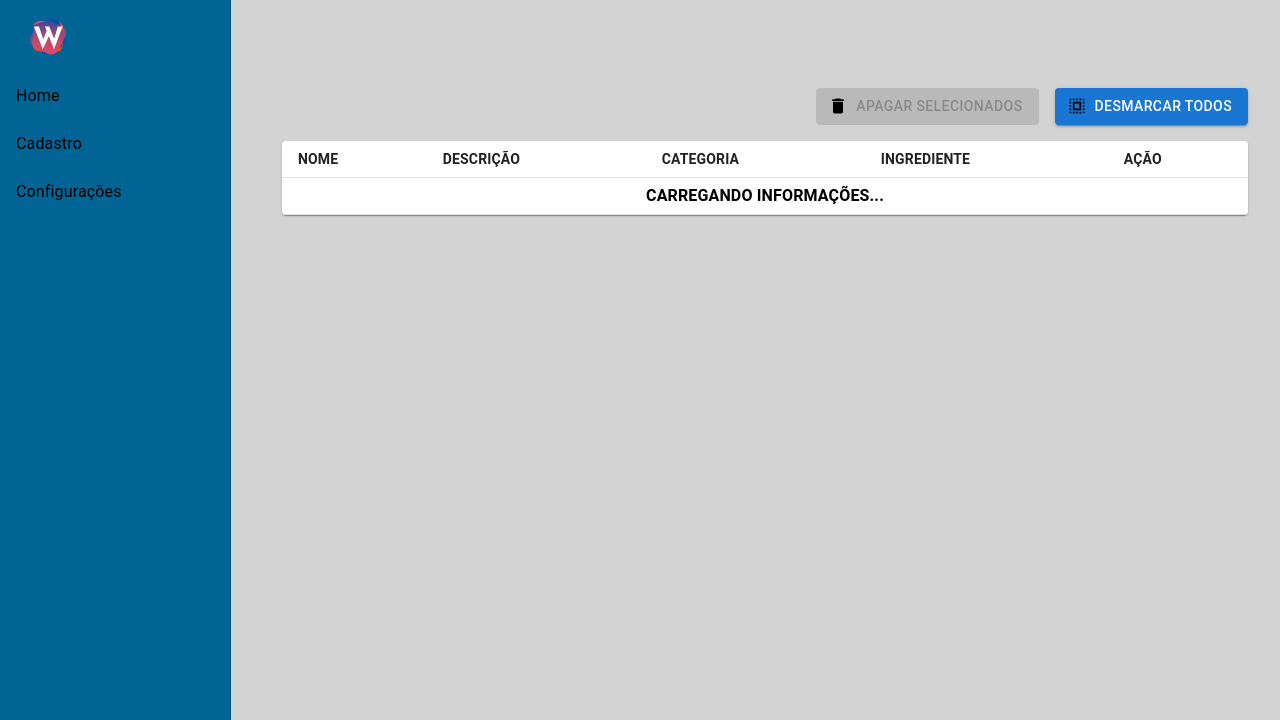
Repository: oZanella/projeto_windel_web_CRM
Page: /
The author's editor kept a copy of each file at every save. The page is drawn from the files as they stood at one save, then again after a run of saves.
The browser window is 1280 px wide. The pictures show the whole page.
The page's requests for data from a server got no answer. The project was rebuilt for these pictures with package versions that can differ from the ones it lists, and the page was loaded fresh each time. No one was signed in, and anything a server would have sent is missing. Also part of the build but not shown: vite.config.js, src/routes/Configuracoes.jsx. Imported but missing from the stored project, and not drawn on this page: src/routes/Cadastro.jsx.

Above is the page before, as saved 2024-08-19 08:58:49.

### index.html
<!doctype html>
<html lang="en">

<head>
  <meta charset="UTF-8" />
  <link rel="icon" type="image/svg+xml" href="./src/image/LogoWindel.svg" />
  <link rel="stylesheet" href="src/style/GlobalStyles.css" />
  <link href="https://fonts.googleapis.com/css2?family=Playfair+Display&display=swap" rel="stylesheet">

  <meta name="viewport" content="width=device-width, initial-scale=1.0" />
  <title>Projeto Teste - CRM </title>
</head>

<body>
  <div id="root"></div>
  <script type="module" src="/src/main.jsx"></script>
</body>

</html>

### src/style/GlobalStyles.css
:root {
  --click: #7fa8c4;
  --primary: #E8F1F2;
  --darkblue: #13293D;
  --secondary: #000000;
  --ligthblue: #1b98e0;
  --animation: #006494;
  --ligthkgrey: #D3D3D3;
  --blueceledron: #247ba0;
  --delete: #FF0000;
}

* {
    color: var(--secondary);
}

body {
  background-color: var(--ligthkgrey);
}

### src/main.jsx
import { createBrowserRouter, RouterProvider, Navigate } from "react-router-dom"
import { createRoot } from 'react-dom/client'
import { StrictMode } from 'react'
import { App } from './App.jsx'

import './style/GlobalStyles.css'

//páginas do projeto
import { Cadastro } from './routes/Cadastro.jsx'
import { Home } from './routes/Home.jsx'
import { Configuracoes } from './routes/configuracoes.jsx'

const router = createBrowserRouter([
  {
    element: <App />,
    children: [
      {
        path: '/',
        element: <Navigate to="/home" replace />,
      },
      {
        path: '/home',
        element: <Home />,
      },
      {
        path: '/cadastro',
        element: <Cadastro />,
      },
      {
        path: '/configuracoes',
        element: <Configuracoes />,
      },
    ],
  },
])

createRoot(document.getElementById('root')).render(
  <StrictMode>
    <RouterProvider router={router} />
  </StrictMode>,
)

### src/App.jsx
import { Header } from './components/Header'
import { Outlet } from 'react-router-dom'
import { Box } from '@mui/material'
import './style/GlobalStyles.css'

export function App() {
  return (
    <Box sx={{ p: { xs: 2, sm: 3 }, marginTop: { xs: 8, sm: 8 } }}>
      <Header />
      <Box>
        <Outlet />
      </Box>
    </Box>
  );
}

### src/routes/Home.jsx
import React, { useEffect, useState } from 'react';
import { Box, TextField, Button, Dialog, DialogActions, DialogContent, DialogTitle, Select, MenuItem, FormControl, InputLabel } from '@mui/material';

import { handleShowDetails, handleEdit, handleSave, handleInputChange } from '../components/Handle';
import { CardDados } from '../components/TableHome';

import { blogFetch } from '../axios/config';


export const Home = () => {
  const [posts, setPosts] = useState([]);
  const [selectInfo, setSelectInfo] = useState(null);
  const [modeEdit, setModeEdit] = useState(null);
  const [dataEdit, setDataEdit] = useState({});
  const [openAddDialog, setOpenAddDialog] = useState(false);
  const [newPost, setNewPost] = useState({ name: '', description: '', category: '' });

  const getPosts = async () => {
    try {
      const response = await blogFetch.get("/recipe");
      const uniqueData = response.data.filter((value, index, self) =>
        index === self.findIndex((t) => t.id === value.id)
      );
      setPosts(uniqueData); // Garante que não tenha dados duplicados
    } catch (error) {
      console.log(error);
    }
  };

  useEffect(() => {
    getPosts();
  }, []);

  const handleDelete = async (postId) => {
    try {
      await blogFetch.delete(`/recipe/${postId}`);
      setPosts(posts.filter(post => post.id !== postId));
      console.log('Post deletado com sucesso');
    } catch (error) {
      console.error('Erro ao deletar o post', error);
    }
  };

  const handleAddOpen = () => setOpenAddDialog(true);
  const handleAddClose = () => setOpenAddDialog(false);

  {/* API para envio do novo registro*/ }
  const handleAdd = async () => {
    try {
      const newPostFormatted = {
        name: newPost.name,
        description: newPost.description,
        ingredients: [],
        category: newPost.category,
        isFavorite: newPost.isFavorite
      };

      const response = await blogFetch.post("/recipe", newPostFormatted);
      setPosts([...posts, response.data]);
      setNewPost({ name: '', description: '', category: '', isFavorite: false });
      handleAddClose();
      console.log('Post adicionado com sucesso');
    } catch (error) {
      console.error('Erro ao adicionar o post', error);
    }
  };

  return (
    <Box>
      {/* Dados para Adicionar Novo Registro */}
      <Dialog open={openAddDialog} onClose={handleAddClose}>
        <DialogTitle>Adicionar Novo Registro</DialogTitle>
        <DialogContent>
          <TextField
            name="name"
            label="Nome"
            value={newPost.name}
            onChange={(e) => setNewPost({ ...newPost, name: e.target.value })}
            fullWidth
            sx={{ marginBottom: 2 }}
          />
          <TextField
            name="description"
            label="Descrição"
            value={newPost.description}
            onChange={(e) => setNewPost({ ...newPost, description: e.target.value })}
            fullWidth
            sx={{ marginBottom: 2 }}
          />
          <TextField
            name="category"
            label="Categoria"
            value={newPost.category}
            onChange={(e) => setNewPost({ ...newPost, category: e.target.value })}
            fullWidth
            sx={{ marginBottom: 2 }}
          />
          <FormControl fullWidth sx={{ marginBottom: 2 }}>
            <InputLabel>Favorito</InputLabel>
            <Select
              name="isFavorite"
              value={newPost.isFavorite}
              onChange={(e) => setNewPost({ ...newPost, isFavorite: e.target.value })}
              label="Favorito"
            >
              <MenuItem value={true}>Sim</MenuItem>
              <MenuItem value={false}>Não</MenuItem>

            </Select>
          </FormControl>
        </DialogContent>
        <DialogActions>
          <Button onClick={handleAddClose}>Cancelar</Button>
          <Button onClick={handleAdd}>Adicionar</Button>
        </DialogActions>
      </Dialog>

      <CardDados
        posts={posts}
        handleDelete={handleDelete}
        handleEdit={handleEdit}
        handleSave={handleSave}
        modeEdit={modeEdit}
        setModeEdit={setModeEdit}
        dataEdit={dataEdit}
        setDataEdit={setDataEdit}
        handleInputChange={handleInputChange}
        selectInfo={selectInfo}
        setSelectInfo={setSelectInfo}
        handleShowDetails={handleShowDetails}
      />
    </Box>
  );
};

### src/components/Header.jsx
import { AppBar, Toolbar, Typography, Box, IconButton, Drawer, List, ListItem, ListItemText } from '@mui/material';
import MenuIcon from '@mui/icons-material/Menu';
import Logo from '../image/LogoWindel.svg';
import { Link } from 'react-router-dom';
import React, { useState } from 'react';

export const Header = () => {
  const [isDrawerOpen, setIsDrawerOpen] = useState(false);

  const toggleDrawer = (open) => () => {
    setIsDrawerOpen(open);
  };

  const menuItems = [
    { text: 'Home', link: '/home' },
    { text: 'Cadastro', link: '/cadastro' },
    { text: 'Configurações', link: '/configuracoes' },
  ];

  return (
    <>
      {/* Mobile AppBar */}
      <AppBar
        position="fixed"
        sx={{
          display: { xs: 'flex', sm: 'none' },
          width: '100%',
          boxShadow: '0px 0.01px 11px var(--secondary)',
          top: 0,
          left: 0,
          backgroundColor: 'var(--darkblue)',
        }}
      >
        <Toolbar
          sx={{
            display: 'flex',
            justifyContent: 'space-between',
          }}
        >
          <IconButton
            edge="start"
            color="inherit"
            aria-label="menu"
            onClick={toggleDrawer(true)}
          >
            <MenuIcon />
          </IconButton>
          <Typography variant="h6" sx={{ flexGrow: 1 }}>
            Cooking Cake
          </Typography>
          <IconButton
            to={`/home`}
            sx={{
              cursor: 'default',
            }}
            component={Link}
            aria-label="logo"
          >
            <img src={Logo} alt="Logo" style={{ width: '50px', height: '40px' }} />
          </IconButton>
        </Toolbar>
      </AppBar>

      {/* Mobile Drawer */}
      <Drawer
        anchor="left"
        open={isDrawerOpen}
        onClose={toggleDrawer(false)}
        sx={{
          display: { xs: 'block', sm: 'none' },
          '& .MuiDrawer-paper': {
            width: 240,
            backgroundColor: 'var(--darkblue)',
          },
        }}
      >
        <Box sx={{ padding: 2, display: 'flex', flexDirection: 'column', alignItems: 'center' }}>
          <IconButton
            to={`/home`}
            sx={{ cursor: 'default' }}
            component={Link}
            aria-label="logo"
          >
            <img src={Logo} alt="Logo" style={{ width: '80px', height: '60px' }} />
          </IconButton>
        </Box>
        <List>
          {menuItems.map((item) => (
            <ListItem key={item.text} component={Link} to={item.link} onClick={toggleDrawer(false)}>
              <ListItemText primary={item.text} />
            </ListItem>
          ))}
        </List>
      </Drawer>

      {/* Desktop Drawer */}
      <Drawer
        variant="permanent"
        sx={{
          display: { xs: 'none', sm: 'block' },
          '& .MuiDrawer-paper': {
            width: 230,
            backgroundColor: 'var(--animation)',
          },
        }}
        open
      >
        <Toolbar />

        <Box sx={{
          display: 'flex',
          flexDirection: 'column',
          alignItems: 'center',
          position: 'fixed',

          }}>
          <IconButton
            to={`/home`}
            sx={{ cursor: 'default' }}
            component={Link}
            aria-label="logo"
          >
            <img src={Logo} alt="Logo" style={{ width: '80px', height: '60px' }} />
          </IconButton>
        </Box>

        <Box sx={{ overflow: 'auto' }}>
          <List>
            {menuItems.map((item) => (
              <ListItem key={item.text} component={Link} to={item.link}>
                <ListItemText primary={item.text} />
              </ListItem>
            ))}
          </List>
        </Box>
      </Drawer>
    </>
  );
};

### src/components/Handle.jsx

import { blogFetch } from '../axios/config';


export const handleShowDetails = (post, setSelectInfo, selectInfo) => {
  if (selectInfo?.id === post.id) {
    setSelectInfo(null); // Fecha se já estiver aberto
  } else {
    setSelectInfo(post); // Abre o post atual
  }
};

export const handleEdit = (post, setModeEdit, setDataEdit) => {
  setModeEdit(post.id);
  setDataEdit(post);
};

//continua com erro, verificar!!
export const handleSave = async (postId, updateData) => {
  try {
    // Envie uma requisição PUT ou POST para salvar os dados atualizados
    const response = await blogFetch.put(`/blogFetch/posts/${postId}`, updateData);
    console.log('Dados salvos com sucesso', response.data);

  } catch (error) {
    console.error('Erro de API', error);
  }
};

export const handleInputChange = (e, setDataEdit) => {
  setDataEdit(prevDataEdit => ({ ...prevDataEdit, [e.target.name]: e.target.value }));
};

### src/components/TableHome.jsx
import React, { useState, useEffect } from 'react';
import {
  Table, TableBody, TableCell, TableContainer, TableHead, TableRow, Typography, Box, Button, IconButton, TextField, Dialog, DialogContent, DialogActions, FormControlLabel, Switch, Chip, Paper, Checkbox
} from '@mui/material';
import EditIcon from '@mui/icons-material/Edit';
import SaveIcon from '@mui/icons-material/Save';
import AddIcon from '@mui/icons-material/Add';
import CloseIcon from '@mui/icons-material/Close';
import DeleteIcon from '@mui/icons-material/Delete';
import SelectAllIcon from '@mui/icons-material/SelectAll';
import axios from 'axios';

const API_BASE_URL = 'https://teste-tecnico-front-api.up.railway.app';

export const CardDados = ({
  posts, setPosts, handleDelete
}) => {
  const [openModal, setOpenModal] = useState(false);
  const [currentPost, setCurrentPost] = useState(null);
  const [dataEdit, setDataEdit] = useState({});
  const [newIngredient, setNewIngredient] = useState('');
  const [selectedPosts, setSelectedPosts] = useState([]);

  useEffect(() => {
    if (currentPost) {
      setDataEdit({ ...currentPost });
    }
  }, [currentPost]);

  const handleEditOpen = (post) => {
    setCurrentPost(post);
    setOpenModal(true);
  };

  const handleEditClose = () => {
    setOpenModal(false);
    setCurrentPost(null);
    setNewIngredient('');
  };

  const handleSaveModal = async () => {
    if (currentPost) {
      try {
        await axios.put(`${API_BASE_URL}/posts/${currentPost.id}`, dataEdit);
        const response = await axios.get(`${API_BASE_URL}/posts`);
        setPosts(response.data);
        handleEditClose();
      } catch (error) {
        console.error('Error ao salvar:', error);
      }
    }
  };

  const handleAddIngredient = () => {
    if (newIngredient.trim() !== '') {
      setDataEdit((prevData) => ({
        ...prevData,
        ingredients: [...(prevData.ingredients || []), newIngredient.trim()],
      }));
      setNewIngredient('');
    }
  };

  const handleRemoveIngredient = (ingredientToRemove) => {
    setDataEdit((prevData) => ({
      ...prevData,
      ingredients: (prevData.ingredients || []).filter((ingredient) => ingredient !== ingredientToRemove),
    }));
  };

  const handleSelectAll = () => {
    if (selectedPosts.length === posts.length) {
      setSelectedPosts([]);
    } else {
      setSelectedPosts(posts.map(post => post.id));
    }
  };

  const handleDeleteSelected = async () => {
    try {
      await Promise.all(selectedPosts.map(id => axios.delete(`${API_BASE_URL}/posts/${id}`)));
      const response = await axios.get(`${API_BASE_URL}/posts`);
      setPosts(response.data);
      setSelectedPosts([]);
    } catch (error) {
      console.error('Error ao apagar os registros:', error);
    }
  };

  const handleSelectPost = (id) => {
    setSelectedPosts(prevSelected =>
      prevSelected.includes(id)
        ? prevSelected.filter(postId => postId !== id)
        : [...prevSelected, id]
    );
  };

  return (
    <>
      <Box sx={{ display: 'flex', justifyContent: 'flex-end', mb: 2 }}>
        <Button
          variant="contained"
          color="error"
          startIcon={<DeleteIcon />}
          onClick={handleDeleteSelected}
          disabled={selectedPosts.length === 0}
          sx={{ marginRight: 2 }}
        >
          Apagar Selecionados
        </Button>
        <Button
          variant="contained"
          color="primary"
          startIcon={<SelectAllIcon />}
          onClick={handleSelectAll}
        >
          {selectedPosts.length === posts.length ? 'Desmarcar Todos' : 'Selecionar Todos'}
        </Button>
      </Box>

      {/* Tabela aonde aparece os dados
      Dentro do TableContainer tem um calculo que é feito por conta do menu lateral*/}
      <TableContainer component={Paper} sx={{ overflowX: 'auto', width: { xs: '100%', sm: 'calc(100% - 250px)' }, ml: { sm: '250px' } }}>
        <Table size='small'>
          <TableHead>
            <TableRow>
              <TableCell sx={{ fontWeight: 'bold', textTransform: 'uppercase' }}>Nome</TableCell>
              <TableCell sx={{ fontWeight: 'bold', textTransform: 'uppercase' }}>Descrição</TableCell>
              <TableCell sx={{ fontWeight: 'bold', textTransform: 'uppercase' }}>Categoria</TableCell>
              <TableCell sx={{ fontWeight: 'bold', textTransform: 'uppercase' }}>Ingrediente</TableCell>
              <TableCell sx={{ fontWeight: 'bold', textTransform: 'uppercase' }}>Ação</TableCell>
            </TableRow>
          </TableHead>
          <TableBody>
            {posts.length === 0 ? (
              <TableRow>
                <TableCell colSpan={5} align="center">
                  <Typography variant="body1" sx={{ fontWeight: 'bold', textTransform: 'uppercase' }}>Carregando informações...</Typography>
                </TableCell>
              </TableRow>
            ) : (
              posts.map((post) => (
                <TableRow sx={{ height: 'auto' }} key={post.id}>
                  <TableCell sx={{ padding: '8px' }}>
                    {post.name}
                  </TableCell>
                  <TableCell sx={{ padding: '8px' }}>{post.description}</TableCell>
                  <TableCell sx={{ padding: '8px' }}>{post.category}</TableCell>

                  <TableCell sx={{ padding: '8px' }}>
                    <Box sx={{
                      display: 'flex',
                      flexWrap: 'wrap',
                      overflowX: 'auto',
                      gap: 1,
                      width: '100%',
                    }}>
                      {post.ingredients && post.ingredients.length > 0 ? (
                        post.ingredients.map((ingredient) => (
                          <Box
                            key={ingredient.id}
                            sx={{
                              display: 'flex',
                              flexDirection: 'column',
                              alignItems: 'flex-start',
                              marginRight: 1,
                              marginBottom: 1,
                            }}
                          >
                            <Typography variant="body1">{ingredient.name}</Typography>
                            <Typography variant="body2" color="textSecondary">
                              Quantidade: {ingredient.quantity}
                            </Typography>
                          </Box>
                        ))
                      ) : (
                        <Typography variant="body2">Nenhum ingrediente disponível</Typography>
                      )}
                    </Box>
                  </TableCell>

                  <TableCell>
                    <Box sx={{ display: 'flex', alignItems: 'center' }}>
                      <Checkbox
                        checked={selectedPosts.includes(post.id)}
                        onChange={() => handleSelectPost(post.id)}
                        color="primary"
                      />
                      <IconButton
                        color="primary"
                        onClick={() => handleEditOpen(post)}
                        sx={{ mr: 1 }}
                      >
                        <EditIcon />
                      </IconButton>
                      <IconButton
                        color="error"
                        onClick={() => handleDelete(post.id)}
                      >
                        <DeleteIcon />
                      </IconButton>
                    </Box>
                  </TableCell>
                </TableRow>
              ))
            )}
          </TableBody>
        </Table>
      </TableContainer>

      {/* Modal de edição */}
      <Dialog open={openModal} onClose={handleEditClose} fullWidth maxWidth="sm">
        <DialogContent>
          {currentPost && (
            <Box component="form" sx={{ display: 'flex', flexDirection: 'column', gap: 2 }}>
              <TextField
                name="name"
                label="Nome"
                value={dataEdit.name || ''}
                onChange={(e) => setDataEdit({ ...dataEdit, name: e.target.value })}
                fullWidth
                sx={{ marginBottom: 2 }}
              />
              <TextField
                name="description"
                label="Descrição"
                value={dataEdit.description || ''}
                onChange={(e) => setDataEdit({ ...dataEdit, description: e.target.value })}
                fullWidth
                sx={{ marginBottom: 2 }}
              />
              <TextField
                name="category"
                label="Categoria"
                value={dataEdit.category || ''}
                onChange={(e) => setDataEdit({ ...dataEdit, category: e.target.value })}
                fullWidth
                sx={{ marginBottom: 2 }}
              />
              <FormControlLabel
                control={
                  <Switch
                    checked={dataEdit.isFavorite || false}
                    onChange={(e) => setDataEdit({ ...dataEdit, isFavorite: e.target.checked })}
                    color="primary"
                  />
                }
                label="Favorito"
              />
              <Box sx={{ display: 'flex', gap: 2 }}>
                <TextField
                  label="Novo Ingrediente"
                  value={newIngredient}
                  onChange={(e) => setNewIngredient(e.target.value)}
                  fullWidth
                  sx={{ marginBottom: 2 }}
                />
                <IconButton
                  color="primary"
                  onClick={handleAddIngredient}
                  disabled={!newIngredient.trim()}
                  sx={{ marginBottom: 2 }}
                >
                  <AddIcon />
                </IconButton>
              </Box>

              {dataEdit.ingredients && dataEdit.ingredients.length > 0 && (
                <Box sx={{ display: 'flex', flexWrap: 'wrap', gap: 1 }}>
                  {dataEdit.ingredients.map((ingredient, index) => (
                    <Chip
                      key={index}
                      label={ingredient}
                      onDelete={() => handleRemoveIngredient(ingredient)}
                      sx={{ marginBottom: 2 }}
                    />
                  ))}
                </Box>
              )}
            </Box>
          )}
        </DialogContent>
        <DialogActions>
          <Button onClick={handleEditClose} color="secondary" startIcon={<CloseIcon />}>
            Cancelar
          </Button>
          <Button onClick={handleSaveModal} color="primary" startIcon={<SaveIcon />}>
            Salvar
          </Button>
        </DialogActions>
      </Dialog>
    </>
  );
};

### src/axios/config.jsx
// src/axios/config.js
import axios from 'axios';

export const blogFetch = axios.create({
  baseURL: 'https://teste-tecnico-front-api.up.railway.app',
  headers: {
    'Content-Type': 'application/json',
  },
});

After the next 4 saves:
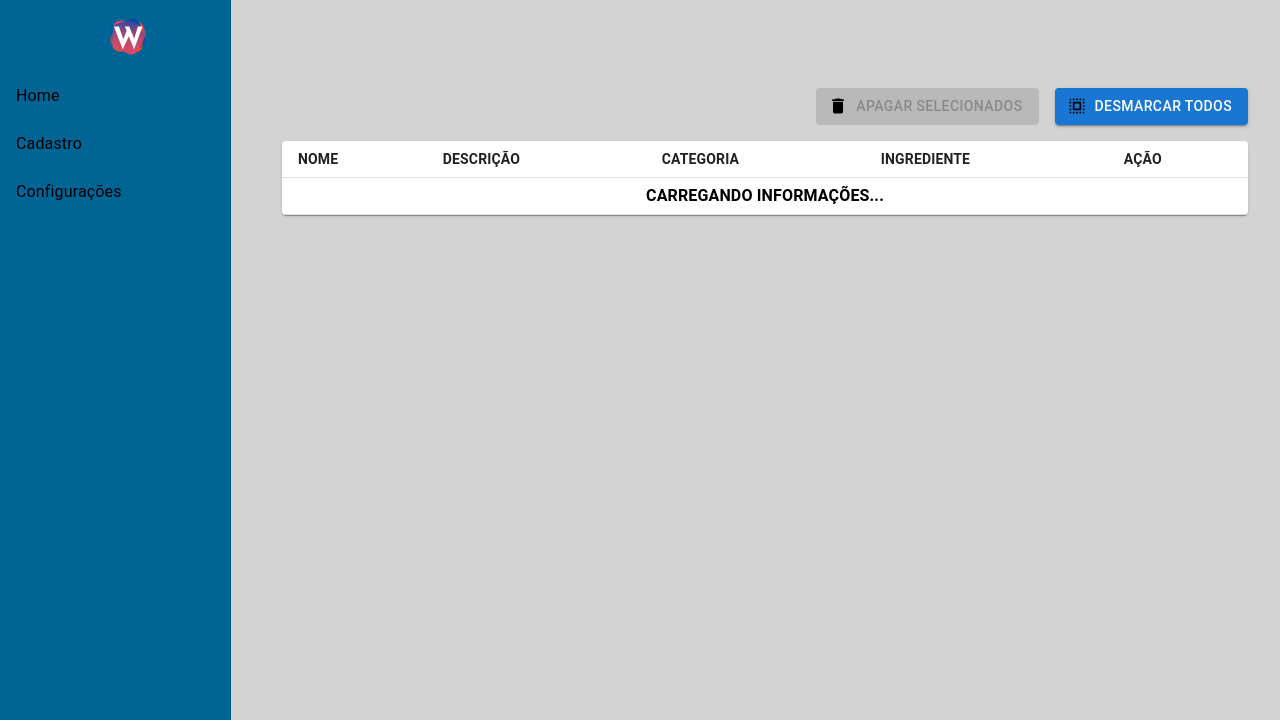
The 4 saves are shown as one change because they came seconds apart.
The last was saved 13 s later.
--- a/src/components/Header.jsx
+++ b/src/components/Header.jsx
@@ -112,7 +112,7 @@ export const Header = () => {
           flexDirection: 'column',
           alignItems: 'center',
           position: 'fixed',
-
+          ml: 10,
           }}>
           <IconButton
             to={`/home`}
